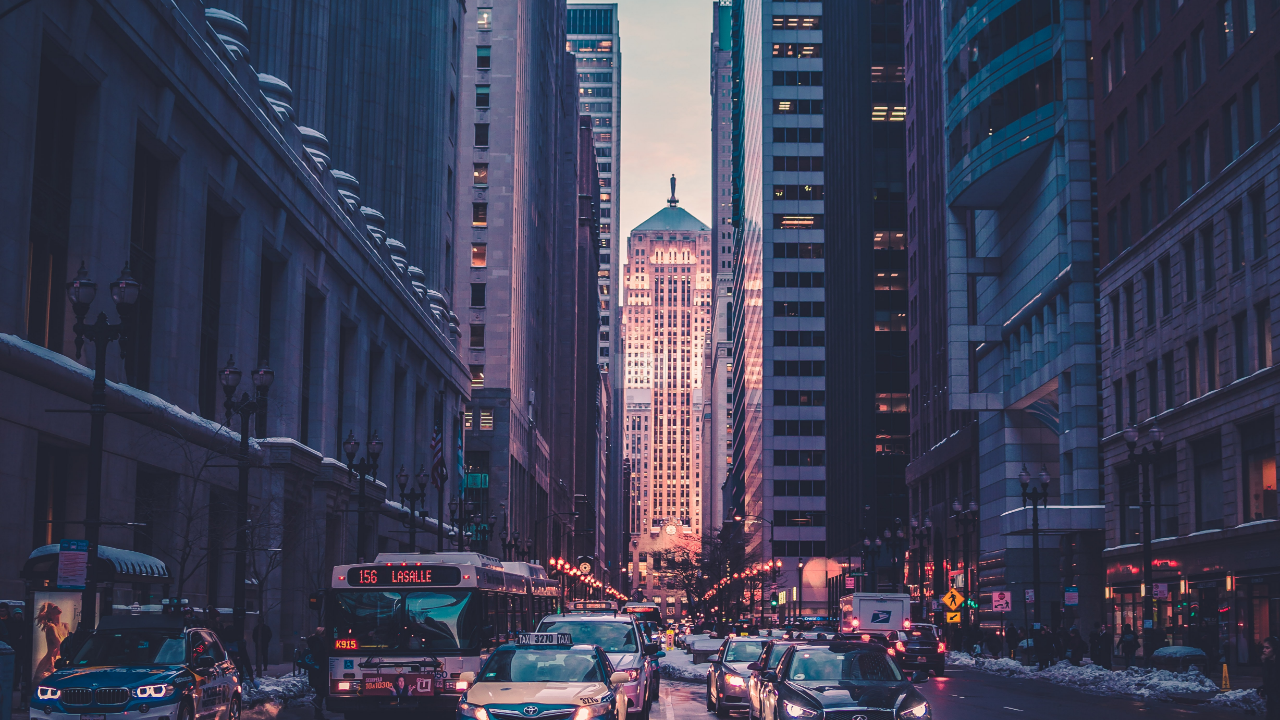
Repository: lamilekan263/random_advice
Page: /
An editor plug-in stored every save of this project. The page is shown before and after the next save, followed by the edit.
The browser window is 1280 px wide. The pictures show the whole page.
The page's requests for data from a server got no answer. The project was rebuilt for these pictures with package versions that can differ from the ones it lists, and the page was loaded fresh each time. No one was signed in, and anything a server would have sent is missing.

Above is the page before, as saved 2020-08-10 14:21:03.

After the next save:
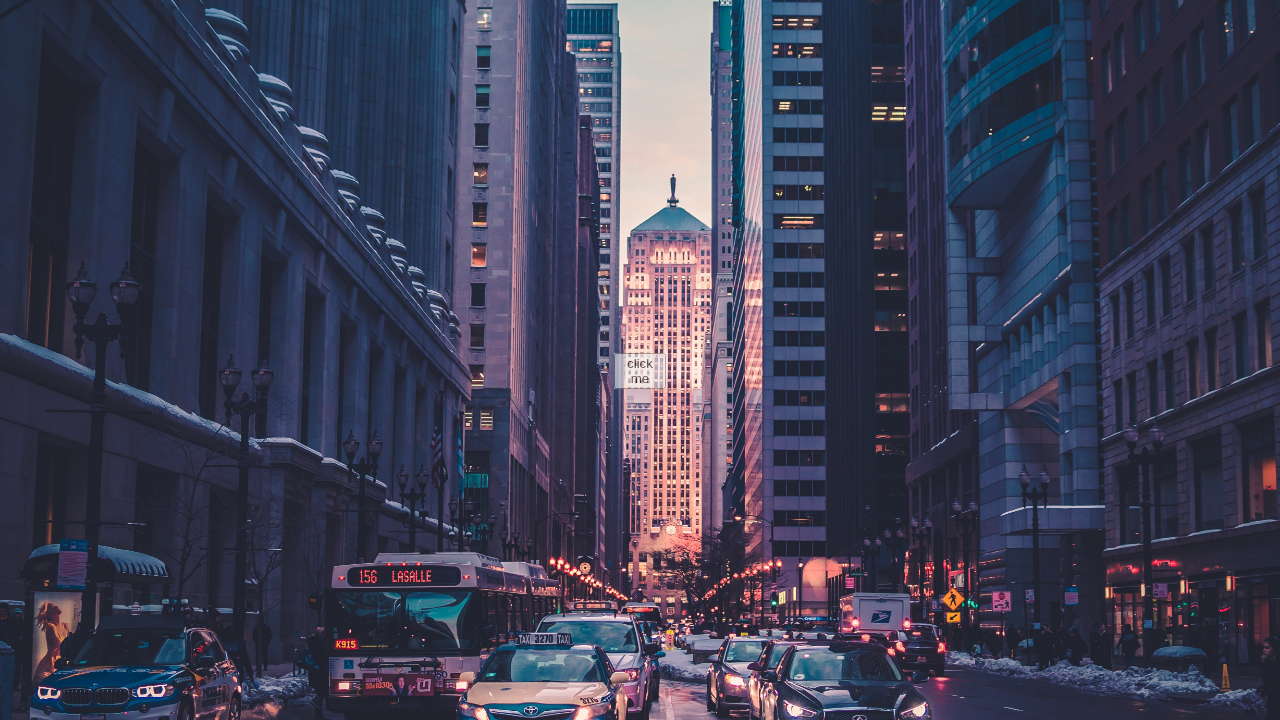
Saved 11 s later.
--- a/src/App.css
+++ b/src/App.css
@@ -17,5 +17,5 @@ body{
   width:80%;
   margin: 0 auto;
   background-color: white;
-  opacity:0.2;
+  opacity:0.6;
 }
